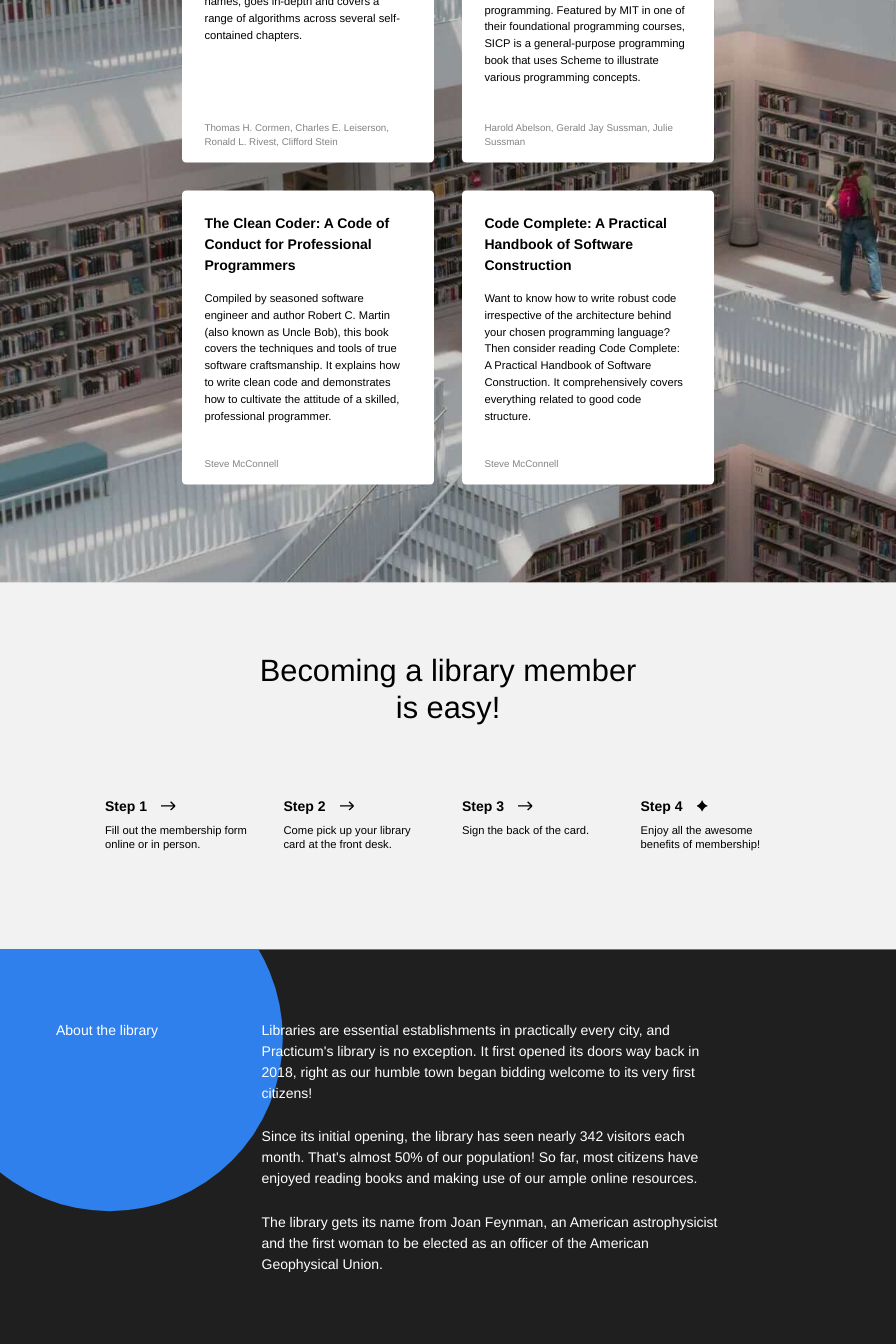
Repository: MWilliams-26/se_project_library
Page: index.html
An editor plug-in stored every save of this project. The page is shown before and after the next save, followed by the edit.
The browser window is 1280 px wide. The pictures show the part of the page from y = 2006 to 3926 px (the page is 3926 px tall before and 3892 px after), at 70% of full size.

Above is the page before, as saved 2023-04-04 12:30:40.

### index.html
<!DOCTYPE html>
<html lang="en">
  <head>
    <meta charset="UTF-8" />
    <meta name="viewport" content="width=device-width, initial-scale=1.0" />
    <title>Practicum Library</title>
    <link rel="shortcut icon" href="favicon.ico" />
    <link rel="stylesheet" href="./styles/normalize.css" />
    <link rel="stylesheet" href="./styles/style.css" />
  </head>

  <body>
    <!-- Wrap the entire page content in a new div with the page class. Remember to add the closing tag -->
    <div class="page">
      <header class="header">
        <nav class="nav">
          <img
            src="./images/logo.png"
            alt="Practicum Library Logo"
            class="logo"
          />
          <!-- Putting navigation links in a list is supposed to be the best practice of writing the semantic code since it allows screen readers to pause between each link instead of reading all the links as a sentence. -->
          <ul class="nav__links">
            <li>
              <a class="nav__link">Staff picks</a>
            </li>
            <li>
              <a class="nav__link">Events</a>
            </li>
            <li>
              <a class="nav__link">Become a member</a>
            </li>
            <li>
              <a class="nav__link">About</a>
            </li>
            <li>
              <a class="nav__link">Contacts</a>
            </li>
          </ul>
        </nav>
        <h1 class="header__title">Welcome to the Practicum Library</h1>
        <p class="header__description">
          We're pleased to open our library doors to everyone! Come and expand
          your development knowledge, or just use this lovely spot to work or
          study. This is a cool place for cool students!
        </p>
        <!-- ----------------------------------------------------------------- -->
        <!--               Don't uncomment until project stage 2               -->
        <!-- ----------------------------------------------------------------- -->
        <img
          src="./images/inside_the_library.png"
          alt="Illustration 'Inside the library'"
          class="header__image"
        />
        <div class="header__footer">
          <a class="header__link">About the library &darr;</a>
          <p class="header__address">
            200 Success Avenue, The Town of Practicum
          </p>
        </div>
      </header>

      <main class="content">
        <section class="events">
          <div class="events__content">
            <h2 class="events__heading">Upcoming events:</h2>
            <h3 class="events__title">
              In honor of Joan Feynman: Women in astrophysics
            </h3>
            <div class="event-info events__info-section">
              <div class="event-info__item">
                <div
                  class="event-info__icon event-info__icon_type_calendar"
                ></div>
                <p class="event-info__text">Mon, January 12</p>
              </div>
              <div class="event-info__item">
                <div class="event-info__icon event-info__icon_type_pin"></div>
                <p class="event-info__text">
                  Practicum Library Conference Hall & Online
                </p>
              </div>
            </div>
            <p class="events__description">
              At this event, which celebrates the library's namesake, our guest
              lecturer will take us on a journey exploring some of the most
              prominent female researchers in the world of space science. It's
              easy to buy into the misconception that this field was mostly
              dominated by men, but our lecture aims to change that notion and
              prove that this hasn't been the case since at least the 18th
              century.
            </p>
            <a href="#" class="events__more">More events &rarr;</a>
          </div>
          <div class="events__cover">
            <img
              class="events__image"
              src="images/cafe.png"
              alt="events image"
            />
            <div class="person person_name_feynman">
              <p class="person__caption">Joann Feynman</p>
              <img
                class="person__image person__image_size_l"
                src="images/person_feynman.png"
                alt="Joann Feyman"
              />
            </div>
            <div class="person person_name_burbidge">
              <p class="person__caption">Margaret Burbidge</p>
              <img
                class="person__image person__image_size_m"
                src="images/person_burbidge.png"
                alt="Margaret Burbidge"
              />
            </div>
            <div class="person person_name_cannon">
              <img
                class="person__image person__image_size_m"
                src="images/person_cannon.png"
                alt="Annie Jump Cannon"
              />
              <p class="person__caption">Annie Jump Cannon</p>
            </div>
            <div class="person person_name_burbidge">
              <p class="person__caption">Margaret Burbidge</p>
              <img
                class="person__image person__image_size_m"
                src="images/person_burbidge.png"
                alt="Margaret Burbidge"
              />
            </div>
            <div class="person person_name_mitchell">
              <img
                class="person__image person__image_size_s"
                src="images/person_mitchell.png"
                alt="Maria Mitchell"
              />
              <p class="person__caption">Maria Mitchell</p>
            </div>
            <div class="person person_name_tarter">
              <p class="person__caption">Jill Tarter</p>
              <img
                class="person__image person__image_size_m"
                src="images/person_tarter.png"
                alt="Jill Tarter"
              />
            </div>
          </div>
        </section>

        <section class="staff">
          <!-- --------------------------------------------------------------- -->
          <!--        Don't uncomment until the final project stage            -->
          <!-- --------------------------------------------------------------- -->
          <h2 class="staff__title">Staff picks</h2>
          <p class="staff__subtitle">That our readers love</p>
          <ul class="staff__picks">
            <li class="card">
              <div class="card__content">
                <h3 class="card__title">Introduction to Algorithms</h3>
                <p class="card__text">
                  The name of this book is self-explanatory; it's a proper
                  introduction to algorithms! Introduction to Algorithms, or
                  CLRS, in reference to the authors' last names, goes in-depth
                  and covers a range of algorithms across several self-contained
                  chapters.
                </p>
                <p class="card__footer">
                  Thomas H. Cormen, Charles E. Leiserson, Ronald L. Rivest,
                  Clifford Stein
                </p>
              </div>
            </li>

            <li class="card">
              <div class="card__content">
                <h3 class="card__title">
                  The Structure and Interpretation of Computer Programs (SICP)
                </h3>
                <p class="card__text">
                  This is one of the best books for learning the fundamentals of
                  programming. Featured by MIT in one of their foundational
                  programming courses, SICP is a general-purpose programming
                  book that uses Scheme to illustrate various programming
                  concepts.
                </p>
                <p class="card__footer">
                  Harold Abelson, Gerald Jay Sussman, Julie Sussman
                </p>
              </div>
            </li>

            <li class="card">
              <div class="card__content">
                <h3 class="card__title">
                  The Clean Coder: A Code of Conduct for Professional
                  Programmers
                </h3>
                <p class="card__text">
                  Compiled by seasoned software engineer and author Robert C.
                  Martin (also known as Uncle Bob), this book covers the
                  techniques and tools of true software craftsmanship. It
                  explains how to write clean code and demonstrates how to
                  cultivate the attitude of a skilled, professional programmer.
                </p>
                <p class="card__footer">Steve McConnell</p>
              </div>
            </li>

            <li class="card">
              <div class="card__content">
                <h3 class="card__title">
                  Code Complete: A Practical Handbook of Software Construction
                </h3>
                <p class="card__text">
                  Want to know how to write robust code irrespective of the
                  architecture behind your chosen programming language? Then
                  consider reading Code Complete: A Practical Handbook of
                  Software Construction. It comprehensively covers everything
                  related to good code structure.
                </p>
                <p class="card__footer">Steve McConnell</p>
              </div>
            </li>
          </ul>
        </section>

        <section class="membership">
          <!-- --------------------------------------------------------------- -->
          <!--         Don't uncomment until the final project stage           -->
          <!-- --------------------------------------------------------------- -->
          <h2 class="membership__title">Becoming a library member is easy!</h2>
          <ul class="membership__steps">
            <li class="step">
              <h3 class="step__title">
                Step 1
                <img
                  src="./images/icon_step_forward.svg"
                  alt="icon forward"
                  class="step__icon"
                />
              </h3>
              <p class="step__description">
                Fill out the membership form online or in person.
              </p>
            </li>
            <li class="step">
              <h3 class="step__title">
                Step 2
                <img
                  src="./images/icon_step_forward.svg"
                  alt="icon forward"
                  class="step__icon"
                />
              </h3>
              <p class="step__description">
                Come pick up your library card at the front desk.
              </p>
            </li>
            <li class="step">
              <h3 class="step__title">
                Step 3
                <img
                  src="./images/icon_step_forward.svg"
                  alt="icon forward"
                  class="step__icon"
                />
              </h3>
              <p class="step__description">Sign the back of the card.</p>
            </li>
            <li class="step">
              <h3 class="step__title">
                Step 4
                <img
                  src="./images/icon_step_finish.svg"
                  alt="icon finish"
                  class="step__icon"
                />
              </h3>
              <p class="step__description">
                Enjoy all the awesome benefits of membership!
              </p>
            </li>
          </ul>
        </section>

        <section class="about">
          <!-- --------------------------------------------------------------- -->
          <!--          Don't uncomment until the final project stage          -->
          <!-- --------------------------------------------------------------- -->
          <h2 class="about__title">About the library</h2>
          <div class="about__content">
            <p class="about__paragraph">
              Libraries are essential establishments in practically every city,
              and Practicum's library is no exception. It first opened its doors
              way back in 2018, right as our humble town began bidding welcome
              to its very first citizens!
            </p>
            <p class="about__paragraph">
              Since its initial opening, the library has seen nearly 342
              visitors each month. That's almost 50% of our population! So far,
              most citizens have enjoyed reading books and making use of our
              ample online resources.
            </p>
            <p class="about__paragraph">
              The library gets its name from Joan Feynman, an American
              astrophysicist and the first woman to be elected as an officer of
              the American Geophysical Union.
            </p>
          </div>
          <div class="about__circle"></div>
        </section>
      </main>
      <footer class="footer">
        <!-- ----------------------------------------------------------------- -->
        <!--          Don't uncomment until the final project stage            -->
        <!-- ----------------------------------------------------------------- -->
      </footer>
    </div>
  </body>
</html>

### styles/style.css
.page {
  /* Add page class properties here */
  min-width: 1100px;
  max-width: 1600px;
  margin: 0 auto;
  font-family: Helvetica Neue, Arial, sans-serif;
  font-size: 16px;
  line-height: 20px;
}

.header {
  height: 100vh;
  min-height: 720px;
  max-height: 800px;
  padding: 30px 80px 0;
  position: relative;
  box-sizing: border-box;
}

.nav {
  /* Add flex properties here */
  display: flex;
  justify-content: space-between;
  align-items: stretch;
  flex-flow: row wrap;
  margin-top: 8px;
}

.logo {
  width: 196px;
  height: 60px;
}

.nav__links {
  /* Reset default list styles here */
  margin: 0 0 0;
  display: flex;
  column-gap: 20px;
  list-style: none;
}

.nav__link {
  color: #000000;
  text-decoration: none;
  font-weight: bold;
}

.header__title {
  font-size: 66px;
  line-height: 76px;
  font-weight: 500;
  max-width: 544px;
  margin-top: 150px;
  margin-bottom: 32px;
}

.header__description {
  font-size: 20px;
  line-height: 30px;
  max-width: 532px;
}

.header__image {
  position: absolute;
  max-width: 636px;
  top: 135px;
  right: 20px;
  z-index: 1;
}

.header__footer {
  position: absolute;
  left: 0;
  bottom: 40px;
  width: 100%;
  display: flex;
  align-items: center;
  padding: 40px 80px 0;
  justify-content: space-between;
  box-sizing: border-box;
}

.header__link {
  color: #2f80ed;
  text-decoration: none;
}

.header__address {
  margin: 0;
  color: #838383;
}

.events {
  padding: 100px 0 120px 80px;
  display: flex;
  align-items: start;
  justify-content: space-between;
  box-sizing: border-box;
  background-color: #f2f2f2;
}
.events__content {
  flex-basis: 580px;
}

.events__heading {
  font-size: 20px;
  font-weight: 500;
  line-height: 30px;
  margin: 0;
}

.events__title {
  font-size: 44px;
  font-weight: 500;
  line-height: 52px;
  margin: 32px 0 0;
}

.events__info-section {
  margin-top: 32px;
}

.event-info__item {
  display: flex;
  align-items: center;
  margin-bottom: 4px;
  font-weight: 500;
}

.event-info__icon {
  background-repeat: no-repeat;
  background-position: center;
  margin-right: 12px;
  width: 24px;
  height: 24px;
}

.event-info__icon_type_calendar {
  background-image: url(../images/icon_calendar.svg);
}

.event-info__icon_type_pin {
  background-image: url(../images/icon_pin.svg);
}

.event-info__text {
  font-size: 20px;
  font-weight: 500;
  line-height: 30px;
  margin: 0;
}

.events__description {
  margin: 40px 0 60px;
}

.events__more {
  color: #2f80ed;
  text-decoration: none;
}

.events__cover {
  flex-grow: 1;
  flex-shrink: 0;
  flex-basis: 780px;
  max-width: 780px;
  position: relative;
}

.events__image {
  max-width: 100%;
}

.person {
  position: absolute;
  display: flex;
  align-items: center;
  flex-direction: column;
  gap: 10px;
}

.person_name_feynman {
  position: absolute;
  top: -30px;
  left: 319px;
}

.person_name_burbidge {
  top: 96px;
  right: 125px;
}

.person_name_cannon {
  bottom: 18px;
  right: 216px;
}

.person_name_mitchell {
  bottom: 82px;
  left: 142px;
}

.person_name_tarter {
  top: 79px;
  left: 159px;
}

.person__image {
  max-width: 100%;
}

.person__image_size_l {
  width: 140px;
}

.person__image_size_m {
  width: 100px;
}

.person__image_size_s {
  width: 80px;
}

.person__caption {
  text-align: center;
  font-size: 14px;
  margin: 0;
}
.staff {
  padding: 100px 0 140px;
  background-image: url(../images/staff_picks_background.jpg);
}

.staff__title {
  text-align: center;
  font-size: 44px;
  line-height: 52px;
  margin: 0 0 24px;
  color: #ffffff;
}

.staff__subtitle {
  text-align: center;
  font-size: 20px;
  line-height: 30px;
  font-weight: 400;
  margin: 0;
  color: #ffffff;
}

.staff__picks {
  max-width: 760px;
  margin: auto;
  margin-top: 68px;
  display: flex;
  flex-wrap: wrap;
  justify-content: center;
  gap: 40px;
  list-style-type: none;
  padding: 0;
}

/* Add the CSS rule for your new class here. Make sure to place it before .card: parents should precede their children */

.card {
  background-color: #fff;
  border-radius: 6px;
  padding: 32px 40px 20px 32px;
  box-sizing: border-box;
  width: 360px;
  height: 420px;
}

.card__content {
  width: 100%;
  height: 100%;
  display: flex;
  flex-direction: column;
}

.card__title {
  font-size: 20px;
  line-height: 30px;
  font-weight: 700;
  margin: 0;
}

.card__text {
  margin: 20px 0 0;
  font-size: 16px;
  line-height: 24px;
}

.card__footer {
  margin: 0;
  font-size: 14px;
  line-height: 20px;
  color: #838383;
  margin-top: auto;
}

.membership {
  padding: 100px 0 140px;
  background-color: #f2f2f2;
}

.membership__title {
  max-width: 574px;
  margin: 0 auto;
  text-align: center;
  font-size: 44px;
  font-weight: 500;
  line-height: 52px;
}

.membership__steps {
  list-style-type: none;
  padding: 0;
  margin: 100px 150px 0 150px;
  display: flex;
  position: relative;
  flex-direction: row;
  justify-content: center;
  align-content: center;
  column-gap: 40px;
  /* Add styles */
}

.step {
  max-width: 220px;
  flex-basis: 220px;
  /* Add styles */
}

.step__title {
  margin: 0;
  font-size: 20px;
  line-height: 30px;
  font-weight: 700;
  display: flex;
  align-items: center;
}

.step__icon {
  margin-left: 20px;
}

.step__description {
  margin: 10px 0 0;
}

.about {
  padding: 100px 80px;
  background-color: #1f1f1f;
  color: #fff;
  overflow: hidden;
  position: relative;
  box-sizing: border-box;
  display: flex;
  z-index: 1;
}

.about__title {
  margin: 0;
  font-size: 20px;
  line-height: 30px;
  font-weight: 500;
  max-width: 154px;
  z-index: 1;
}

.about__content {
  font-size: 20px;
  line-height: 30px;
  font-weight: 400;
  max-width: 660px;
  display: flex;
  flex-direction: column;
  margin-left: 120px;
  padding-left: 28px;
  z-index: 2;
}

.about__paragraph {
  margin: 0 0 32px;
}

.about__paragraph:last-child {
  margin: 0;
}

.about__circle {
  background-color: #2f80ed;
  width: 495px;
  height: 495px;
  border-radius: 50%;
  position: absolute;
  top: -121px;
  left: -91px;
  z-index: -1;
}

.footer {
  box-sizing: border-box;
}

.footer__columns {
}

.footer__column_content_hours {
}

.footer__column_content_social {
}

.footer__logo {
}

.footer__list {
  /* The code below removes the default browser styles for lists */
  list-style-type: none;
  padding: 0;
  margin: 0;
}

.footer__list-item {
}

.footer__column-heading {
}

.footer__column-link {
  color: white;
  font-size: 16px;
  line-height: 20px;
  text-decoration: none;
}

.footer__social-icon {
}

.footer__copyright {
}

Loaded but not shown: styles/normalize.css (library)

After the next save:
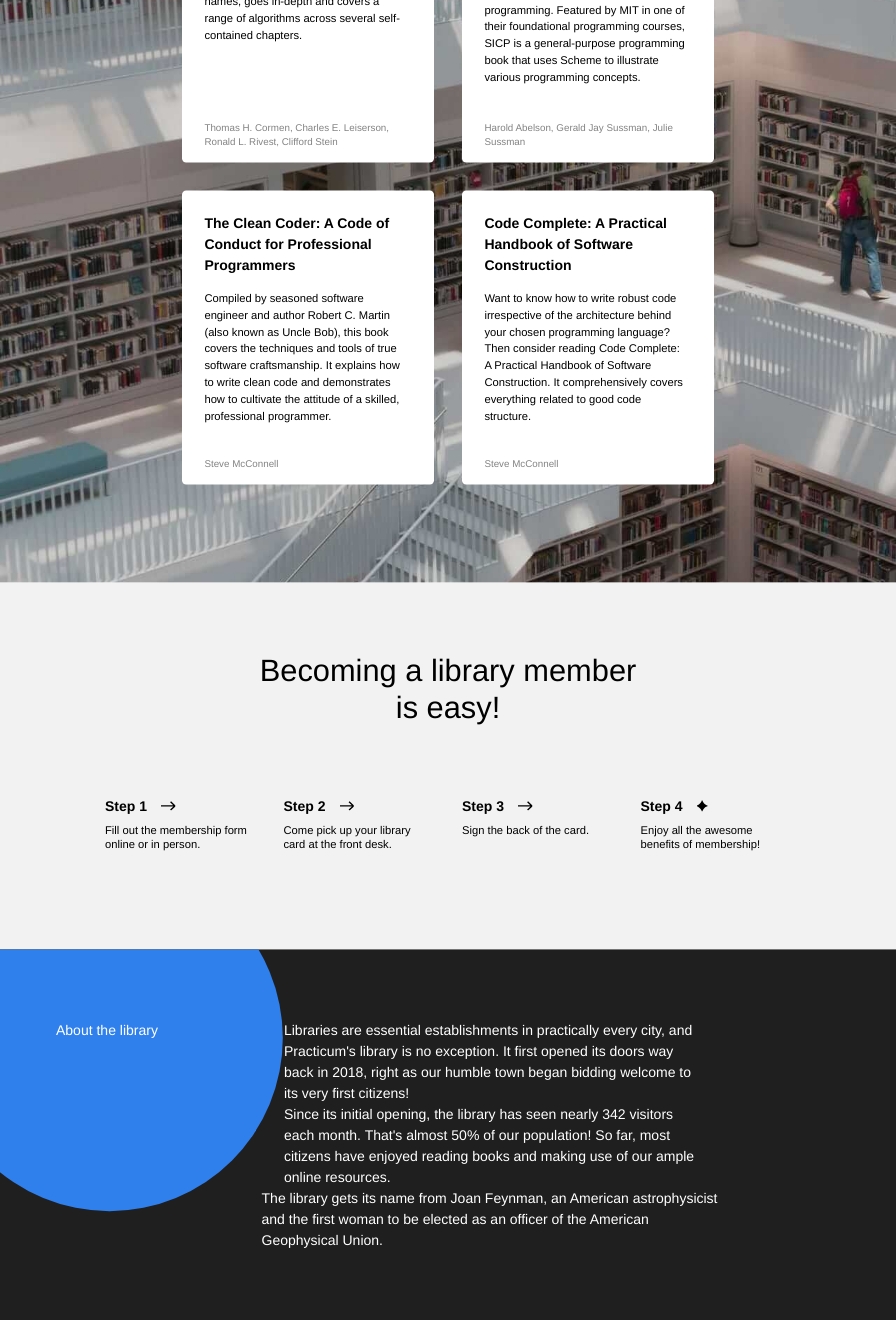
Saved 49 s later.
--- a/styles/style.css
+++ b/styles/style.css
@@ -382,7 +382,7 @@
 }
 
 .about__paragraph {
-  margin: 0 0 32px;
+  margin: 0 32px 0;
 }
 
 .about__paragraph:last-child {

After the save that followed:
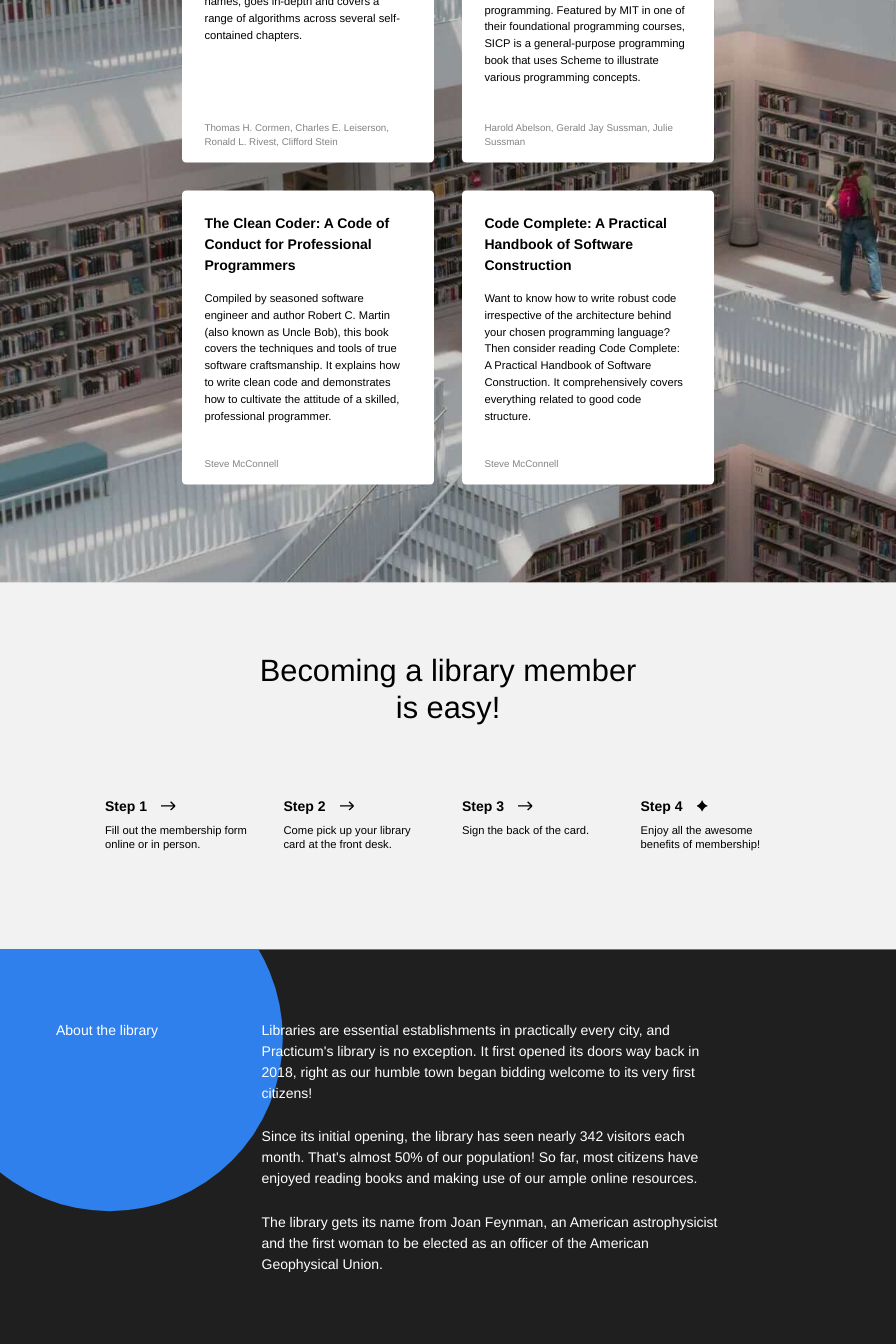
Saved 13 s later.
--- a/styles/style.css
+++ b/styles/style.css
@@ -382,7 +382,7 @@
 }
 
 .about__paragraph {
-  margin: 0 32px 0;
+  margin: 0 0 32px;
 }
 
 .about__paragraph:last-child {
